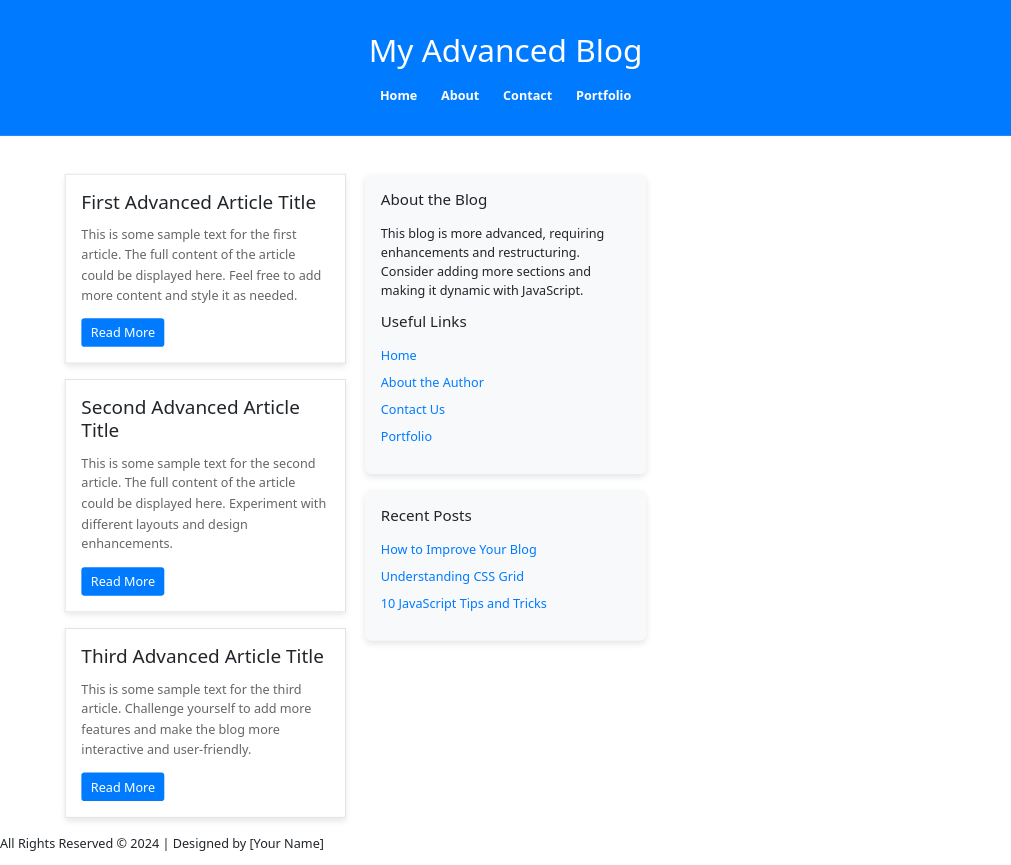
Repository: zeinawady/Blog-Code-Refactoring
Page: index.html
An editor plug-in stored every save of this project. The page is shown before and after the next save, followed by the edit.
The browser window is 1280 px wide. The pictures show the whole page, at 79% of full size.

Above is the page before, as saved 2024-09-23 14:03:53.

### index.html
<!DOCTYPE html>
<html lang="en">
  <head>
    <meta charset="UTF-8" />
    <meta name="viewport" content="width=device-width, initial-scale=1.0" />
    <title>My Advanced Blog</title>
    <link rel="stylesheet" href="style.css">
    <link
      href="https://cdn.jsdelivr.net/npm/bootstrap@5.1.3/dist/css/bootstrap.min.css"
      rel="stylesheet"
    />

  </head>
  <body>
    <header>
      <h1>My Advanced Blog</h1>
      <nav>
        <a href="#">Home</a>
        <a href="#">About</a>
        <a href="#">Contact</a>
        <a href="#">Portfolio</a>
      </nav>
    </header>

    <div class="container mt-5">
      <div class="row">
        <div class="col-md-8 col-lg-4">
          <article>
            <h2>First Advanced Article Title</h2>
            <p>
              This is some sample text for the first article. The full content
              of the article could be displayed here. Feel free to add more
              content and style it as needed.
            </p>
            <button class="btn btn-primary">Read More</button>
          </article>
          <article>
            <h2>Second Advanced Article Title</h2>
            <p>
              This is some sample text for the second article. The full content
              of the article could be displayed here. Experiment with different
              layouts and design enhancements.
            </p>
            <button class="btn btn-primary">Read More</button>
          </article>
          <article>
            <h2>Third Advanced Article Title</h2>
            <p>
              This is some sample text for the third article. Challenge yourself
              to add more features and make the blog more interactive and
              user-friendly.
            </p>
            <button class="btn btn-primary">Read More</button>
          </article>
        </div>
        <div class="col-md-4">
          <aside>
            <h3>About the Blog</h3>
            <p>
              This blog is more advanced, requiring enhancements and
              restructuring. Consider adding more sections and making it dynamic
              with JavaScript.
            </p>
            <h3>Useful Links</h3>
            <ul>
              <li><a href="#">Home</a></li>
              <li><a href="#">About the Author</a></li>
              <li><a href="#">Contact Us</a></li>
              <li><a href="#">Portfolio</a></li>
            </ul>
          </aside>
          <aside>
            <h3>Recent Posts</h3>
            <ul>
              <li><a href="#">How to Improve Your Blog</a></li>
              <li><a href="#">Understanding CSS Grid</a></li>
              <li><a href="#">10 JavaScript Tips and Tricks</a></li>
            </ul>
          </aside>
        </div>
      </div>
    </div>

    <footer>
      <p>All Rights Reserved © 2024 | Designed by [Your Name]</p>
    </footer>

    <script src="https://cdn.jsdelivr.net/npm/bootstrap@5.1.3/dist/js/bootstrap.bundle.min.js"></script>
  </body>
</html>

### style.css
body {
    font-family: Arial, sans-serif;
    background-color: #f4f4f9;
  }
  header {
    background-color: #007bff;
    color: white;
    padding: 40px 0;
    text-align: center;
    position: relative;
  }
  header::after {
    content: "";
    position: absolute;
    bottom: -20px;
    left: 50%;
    transform: translateX(-50%);
    width: 100px;
    height: 5px;
    background-color: white;
  }
  nav {
    display: flex;
    justify-content: center;
    margin-top: 20px;
  }
  nav a {
    color: white;
    margin: 0 15px;
    text-decoration: none;
    font-weight: bold;
  }
  nav a:hover {
    text-decoration: underline;
  }
  article {
    border: 1px solid #ddd;
    margin-bottom: 20px;
    padding: 20px;
    background-color: white;
    box-shadow: 0 4px 8px rgba(0, 0, 0, 0.1);
    transition: transform 0.3s ease, box-shadow 0.3s ease;
  }
 artcile:hover {
    transform: translateY(-5px);
    box-shadow: 0 8px 16px rgba(0, 0, 0, 0.2);
  }
  article h2 {
    font-size: 1.5rem;
    margin-bottom: 15px;
  }
  article p {
    color: #666;
    line-height: 1.6;
  }
  article .btn-primary {
    background-color: #007bff;
    border: none;
  }
  article .btn-primary:hover {
    background-color: #0056b3;
  }
  aside {
    background-color: #f8f9fa;
    padding: 20px;
    border-radius: 8px;
    box-shadow: 0 4px 8px rgba(0, 0, 0, 0.1);
    margin-bottom: 20px;
  }
  aside h3 {
    margin-bottom: 20px;
    font-size: 1.2rem;
  }
  aside ul {
    list-style-type: none;
    padding-left: 0;
  }
  aside ul li {
    margin-bottom: 10px;
  }
  aside ul li a {
    color: #007bff;
    text-decoration: none;
  }
  aside ul li a:hover {
    text-decoration: underline;
  }
  .footer {
    background-color: #343a40;
    color: white;
    text-align: center;
    padding: 20px;
    margin-top: 40px;
  }
  .footer p {
    margin: 0;
  }

After the next save:
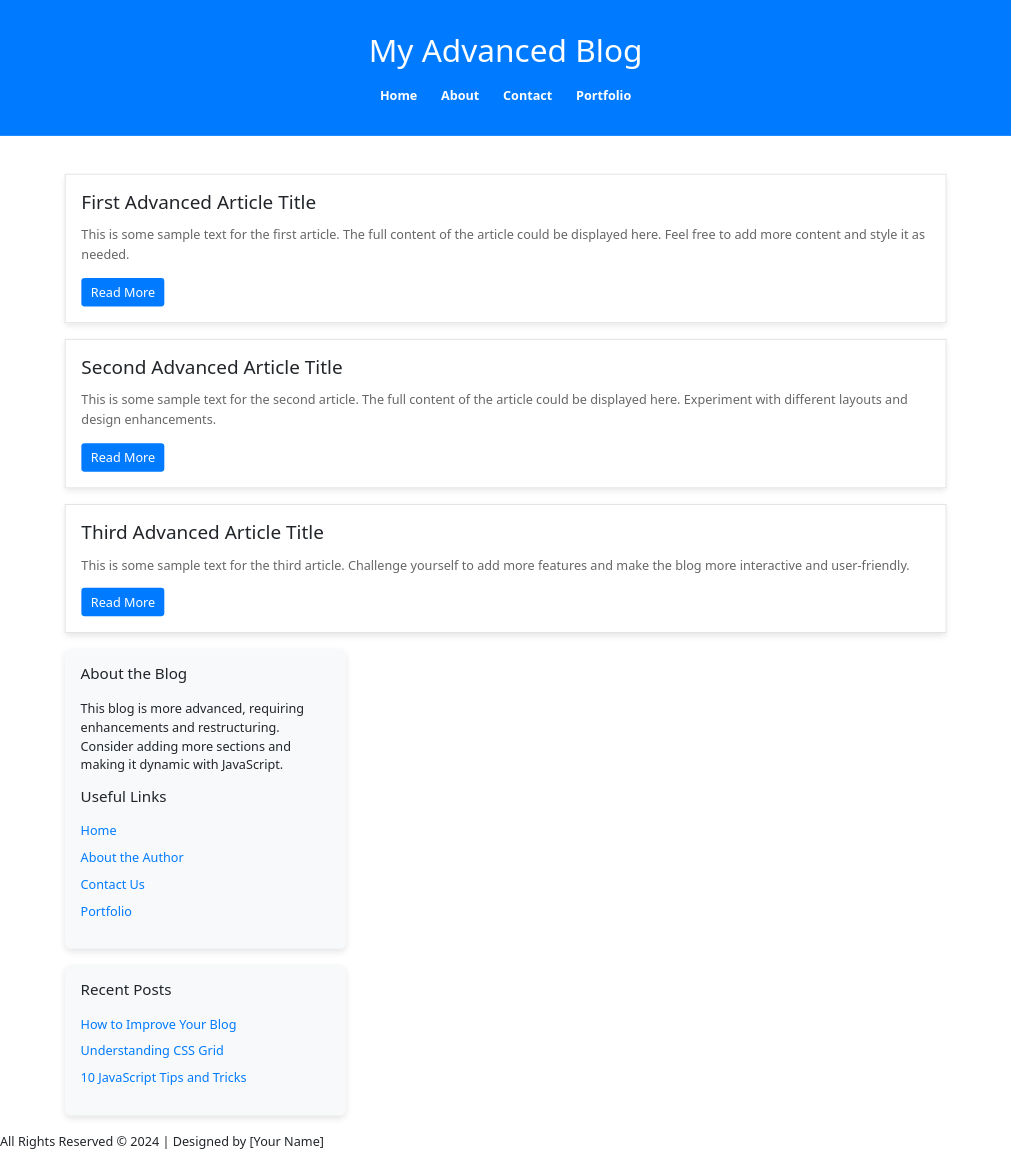
Saved 14 s later.
--- a/index.html
+++ b/index.html
@@ -24,7 +24,7 @@
 
     <div class="container mt-5">
       <div class="row">
-        <div class="col-md-8 col-lg-4">
+        <div class="col-md-8 col-lg-12">
           <article>
             <h2>First Advanced Article Title</h2>
             <p>
